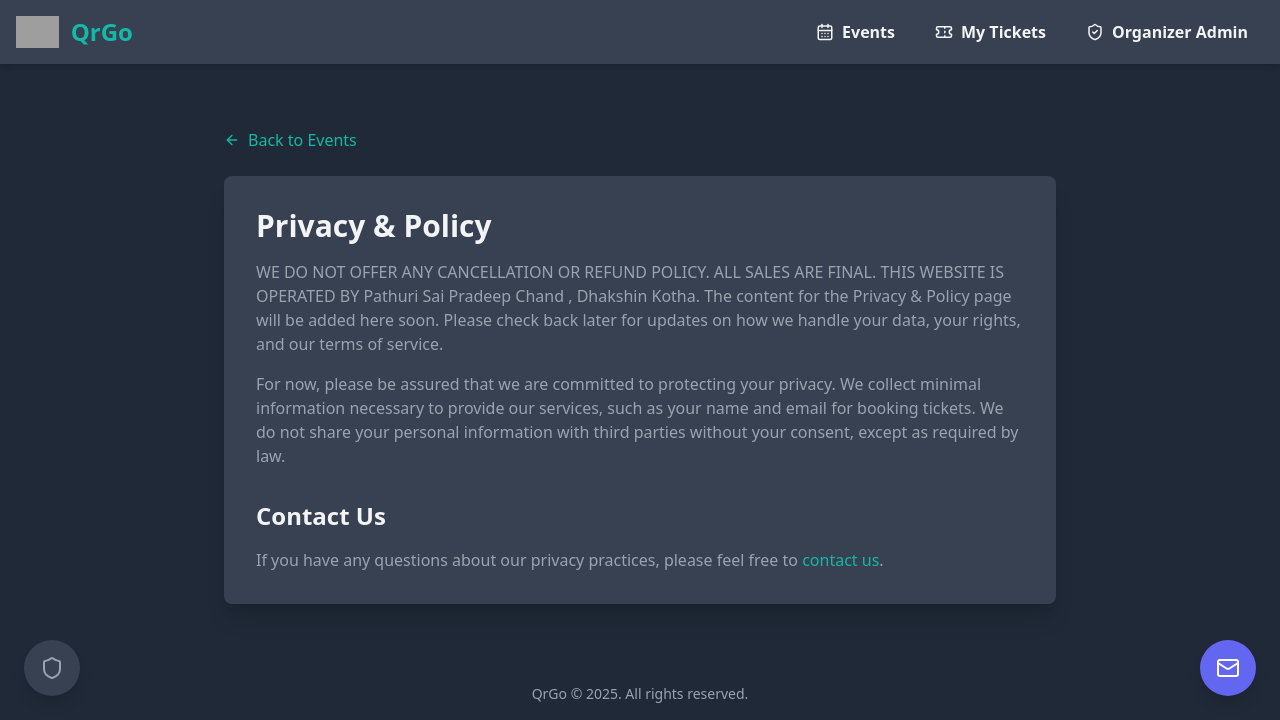
Repository: Dhakshin2007/QrGo
Page: /#/privacy-policy
An editor plug-in stored every save of this project. The page is shown before and after a run of saves, followed by the edit.
The browser window is 1280 px wide. The pictures show the whole page.
Pictures or frames that could not be fetched are drawn as grey boxes. Some web libraries are served in a nearby version. The project was rebuilt for these pictures with package versions that can differ from the ones it lists, and the page was loaded fresh each time. Also part of the build but not shown: vite.config.ts, components/EventCard.tsx, pages/HomePage.tsx, pages/BookingPage.tsx, components/TicketCard.tsx, pages/MyTicketsPage.tsx, services/aiService.ts, pages/AdminPage.tsx.

Above is the page before, as saved 2025-08-10 12:42:37.

### index.html
<!DOCTYPE html>
<html lang="en">
  <head>
    <meta name="description" content="Website Used to Host Events and Book Tickets and Inbuild scanning. If You want to Host an Event, Contact Us." />
<meta name="keywords" content="QrGo , QrGo Startup , Events IIT Ropar,Tickets , District , Paytm , Zomato , Ticket Booking , Event Hosting ,  Telugu Students IIT, IIT Ropar culture, IIT Ropar">
<meta name="author" content="Kotha Dhakshin">
<meta property="og:title" content="QrGo - Event Ticket Hosting Platform" />
<meta property="og:description" content="Official site for QrGo. Events, Bookings, and student details." />
<meta property="og:url" content="https://qrgo-weld.vercel.app/" />
<meta property="og:type" content="website" />
<meta property="og:image" content="#" />

  <meta charset="UTF-8" />
    <link rel="icon" type="image/png" href = "https://i.postimg.cc/qqd3M6cN/Google-AI-Studio-2025-08-09-T14-17-15-618-Z.png" />
    <meta name="viewport" content="width=device-width, initial-scale=1.0" />
    <title>QrGo</title>
    <script src="https://cdn.tailwindcss.com"></script>
    <script>
      tailwind.config = {
        theme: {
          extend: {
            colors: {
              'primary': '#14b8a6', // teal-500
              'primary-focus': '#0d9488', // teal-600
              'background': '#1f2937', // gray-800
              'surface': '#374151', // gray-700
              'on-surface': '#f3f4f6', // gray-200
              'on-surface-secondary': '#9ca3af', // gray-400
              'accent': '#6366f1', // indigo-500
            }
          }
        }
      }
    </script>
    <!-- html5-qrcode library -->
    <script src="https://unpkg.com/html5-qrcode" type="text/javascript"></script>
  <script type="importmap">
{
  "imports": {
    "react-router-dom": "https://esm.sh/react-router-dom@^7.8.0",
    "react-dom/": "https://esm.sh/react-dom@^19.1.1/",
    "react/": "https://esm.sh/react@^19.1.1/",
    "react": "https://esm.sh/react@^19.1.1",
    "lucide-react": "https://esm.sh/lucide-react@^0.539.0",
    "html5-qrcode": "https://esm.sh/html5-qrcode@^2.3.8",
    "qrcode": "https://esm.sh/qrcode@^1.5.4",
    "@supabase/supabase-js": "https://esm.sh/@supabase/supabase-js@2",
    "@google/genai": "https://esm.sh/@google/genai@^1.13.0"
  }
}
</script>
</head>
  <body class="bg-background text-on-surface">
    <div id="root"></div>
    <script type="module" src="/index.tsx"></script>
  </body>
</html>

### App.tsx


import React, { createContext, useContext, useState, useEffect, useCallback, ReactNode } from 'react';
import * as ReactRouterDOM from 'react-router-dom';
import HomePage from './pages/HomePage';
import BookingPage from './pages/BookingPage';
import MyTicketsPage from './pages/MyTicketsPage';
import AdminPage from './pages/AdminPage';
import PrivacyPolicyPage from './pages/PrivacyPolicyPage';
import Header from './components/Header';
import { ToastProvider } from './contexts/ToastContext';
import { AuthProvider } from './contexts/AuthContext';
import Toast from './components/Toast';
import { Mail, Shield } from 'lucide-react';
import { Event, EventStatus } from './types';
import { db } from './services/db';

// --- Event Context for Global State Management ---

interface EventContextType {
  events: Event[];
  isLoading: boolean;
  updateEventStatus: (eventId: string, newStatus: EventStatus) => void;
}

const EventContext = createContext<EventContextType | undefined>(undefined);

export const EventProvider: React.FC<{ children: ReactNode }> = ({ children }) => {
  const [events, setEvents] = useState<Event[]>([]);
  const [isLoading, setIsLoading] = useState(true);

  useEffect(() => {
    const fetchEvents = async () => {
      try {
        const initialEvents = await db.getEvents();
        setEvents(initialEvents);
      } catch (error) {
        console.error("Failed to fetch initial events:", error);
      } finally {
        setIsLoading(false);
      }
    };
    fetchEvents();
  }, []);

  const updateEventStatus = useCallback((eventId: string, newStatus: EventStatus) => {
    setEvents(currentEvents =>
      currentEvents.map(event =>
        event.id === eventId ? { ...event, status: newStatus } : event
      )
    );
  }, []);

  return (
    <EventContext.Provider value={{ events, isLoading, updateEventStatus }}>
      {children}
    </EventContext.Provider>
  );
};

export const useEvents = () => {
  const context = useContext(EventContext);
  if (!context) {
    throw new Error('useEvents must be used within an EventProvider');
  }
  return context;
};


// --- Main App Component ---

const App: React.FC = () => {
  return (
    <ToastProvider>
      <AuthProvider>
        <EventProvider>
          <ReactRouterDOM.HashRouter>
            <div className="min-h-screen flex flex-col bg-background">
              <Header />
              <main className="flex-grow container mx-auto px-4 py-8">
                <ReactRouterDOM.Routes>
                  <ReactRouterDOM.Route path="/" element={<HomePage />} />
                  <ReactRouterDOM.Route path="/book/:eventId" element={<BookingPage />} />
                  <ReactRouterDOM.Route path="/my-tickets" element={<MyTicketsPage />} />
                  <ReactRouterDOM.Route path="/admin" element={<AdminPage />} />
                  <ReactRouterDOM.Route path="/privacy-policy" element={<PrivacyPolicyPage />} />
                </ReactRouterDOM.Routes>
              </main>
              <footer className="text-center py-4 text-on-surface-secondary text-sm">
                <p>QrGo &copy; 2025. All rights reserved.</p>
              </footer>
               <ReactRouterDOM.Link
                to="/privacy-policy"
                className="fixed bottom-6 left-6 bg-surface text-on-surface-secondary p-4 rounded-full shadow-lg hover:bg-primary hover:text-white transition-colors flex items-center gap-2 z-50"
                title="Privacy & Policy"
                aria-label="Privacy and Policy"
              >
                <Shield size={24} />
              </ReactRouterDOM.Link>
              <a
                href="mailto:kothadhakshin123@gmail.com"
                className="fixed bottom-6 right-6 bg-accent text-white p-4 rounded-full shadow-lg hover:bg-indigo-600 transition-colors flex items-center gap-2 z-50"
                title="Contact Support"
                aria-label="Contact Support"
              >
                <Mail size={24} />
              </a>
            </div>
          </ReactRouterDOM.HashRouter>
          <Toast />
        </EventProvider>
      </AuthProvider>
    </ToastProvider>
  );
};

export default App;

### pages/PrivacyPolicyPage.tsx

import React from 'react';
import * as ReactRouterDOM from 'react-router-dom';
import { ArrowLeft } from 'lucide-react';

const PrivacyPolicyPage: React.FC = () => {
  return (
    <div className="max-w-4xl mx-auto animate-fade-in p-4 sm:p-6 lg:p-8">
      <ReactRouterDOM.Link to="/" className="flex items-center gap-2 mb-6 text-primary hover:underline">
          <ArrowLeft size={16} /> Back to Events
       </ReactRouterDOM.Link>
      <div className="bg-surface rounded-lg shadow-xl p-8">
        <h1 className="text-3xl font-bold mb-4 text-on-surface">Privacy & Policy</h1>
        <div className="space-y-4 text-on-surface-secondary">
          <p>
            WE DO NOT OFFER ANY CANCELLATION OR REFUND POLICY. ALL SALES ARE FINAL.
            THIS WEBSITE IS OPERATED BY Pathuri Sai Pradeep Chand , Dhakshin Kotha.
            The content for the Privacy & Policy page will be added here soon.
            Please check back later for updates on how we handle your data, your rights, and our terms of service.
          </p>
          <p>
            For now, please be assured that we are committed to protecting your privacy. We collect minimal information necessary to provide our services, such as your name and email for booking tickets.
            We do not share your personal information with third parties without your consent, except as required by law.
          </p>
          <h2 className="text-2xl font-semibold text-on-surface pt-4">Contact Us</h2>
          <p>
            If you have any questions about our privacy practices, please feel free to <a href="mailto:kothadhakshin123@gmail.com" className="text-primary hover:underline">contact us</a>.
          </p>
        </div>
      </div>
    </div>
  );
};

export default PrivacyPolicyPage;

### components/Header.tsx

import React from 'react';
import * as ReactRouterDOM from 'react-router-dom';
import { Ticket, ShieldCheck, CalendarDays, QrCode } from 'lucide-react';
import { LOGO_URL } from '../constants';

const Header: React.FC = () => {
  const activeLinkClass = "bg-primary text-white";
  const inactiveLinkClass = "text-on-surface hover:bg-surface";

  return (
    <header className="bg-surface shadow-md sticky top-0 z-50">
      <nav className="container mx-auto px-4 py-3 flex justify-between items-center">
        <ReactRouterDOM.Link to="/" className="flex items-center gap-3 text-2xl font-bold text-primary">
          {LOGO_URL ? (
            <img src={LOGO_URL} alt="QrGo Logo" className="h-8 w-auto" />
          ) : (
            <QrCode size={28} />
          )}
          <span>QrGo</span>
        </ReactRouterDOM.Link>
        <div className="flex items-center gap-2">
          <ReactRouterDOM.NavLink
            to="/"
            className={({ isActive }) => `${isActive ? activeLinkClass : inactiveLinkClass} px-4 py-2 rounded-md font-semibold transition-colors duration-200 flex items-center gap-2`}
          >
            <CalendarDays size={18}/> Events
          </ReactRouterDOM.NavLink>
          <ReactRouterDOM.NavLink
            to="/my-tickets"
            className={({ isActive }) => `${isActive ? activeLinkClass : inactiveLinkClass} px-4 py-2 rounded-md font-semibold transition-colors duration-200 flex items-center gap-2`}
          >
            <Ticket size={18}/> My Tickets
          </ReactRouterDOM.NavLink>
          <ReactRouterDOM.NavLink
            to="/admin"
            className={({ isActive }) => `${isActive ? activeLinkClass : inactiveLinkClass} px-4 py-2 rounded-md font-semibold transition-colors duration-200 flex items-center gap-2`}
          >
            <ShieldCheck size={18}/> Organizer Admin
          </ReactRouterDOM.NavLink>
        </div>
      </nav>
    </header>
  );
};

export default Header;

### contexts/ToastContext.tsx
import React, { createContext, useState, useContext, ReactNode, useCallback, useRef } from 'react';

type ToastType = 'success' | 'error' | 'info';

interface ToastState {
  message: string;
  type: ToastType;
  isVisible: boolean;
}

interface ToastContextType {
  showToast: (message: string, type: ToastType) => void;
  toastConfig: ToastState | null;
}

const ToastContext = createContext<ToastContextType | undefined>(undefined);

export const ToastProvider: React.FC<{ children: ReactNode }> = ({ children }) => {
  const [toastConfig, setToastConfig] = useState<ToastState | null>(null);
  const timeoutIdRef = useRef<number | null>(null);

  const showToast = useCallback((message: string, type: ToastType) => {
    if (timeoutIdRef.current) {
      clearTimeout(timeoutIdRef.current);
    }
    setToastConfig({ message, type, isVisible: true });

    timeoutIdRef.current = window.setTimeout(() => {
      setToastConfig(prev => prev ? { ...prev, isVisible: false } : null);
      timeoutIdRef.current = null;
    }, 4000);
  }, []);


  return (
    <ToastContext.Provider value={{ showToast, toastConfig }}>
      {children}
    </ToastContext.Provider>
  );
};

export const useToast = () => {
  const context = useContext(ToastContext);
  if (context === undefined) {
    throw new Error('useToast must be used within a ToastProvider');
  }
  return context;
};

### contexts/AuthContext.tsx
import React, { createContext, useState, useContext, ReactNode, useCallback } from 'react';
import { Organizer } from '../types';

interface AuthState {
  isUserLoggedIn: boolean;
  userEmail: string | null;
  userPin: string | null;
  loggedInOrganizer: Organizer | null;
  loginUser: (email: string, pin: string) => void;
  logoutUser: () => void;
  loginOrganizer: (username: string, secretId: string) => boolean;
  logoutOrganizer: () => void;
}

const AuthContext = createContext<AuthState | undefined>(undefined);

export const AuthProvider: React.FC<{ children: ReactNode }> = ({ children }) => {
  const [isUserLoggedIn, setIsUserLoggedIn] = useState(false);
  const [userEmail, setUserEmail] = useState<string | null>(null);
  const [userPin, setUserPin] = useState<string | null>(null);
  const [loggedInOrganizer, setLoggedInOrganizer] = useState<Organizer | null>(null);

  const loginUser = (email: string, pin:string) => {
    setUserEmail(email.toLowerCase());
    setUserPin(pin);
    setIsUserLoggedIn(true);
  };

  const logoutUser = () => {
    setIsUserLoggedIn(false);
    setUserEmail(null);
    setUserPin(null);
  };

  const loginOrganizer = useCallback((username: string, secretId: string): boolean => {
    // --- Security Note ---
    // In a real production application, this organizer data should NOT be hardcoded here.
    // It should be loaded securely, for example, from environment variables on a server
    // or from a secure configuration service. This prevents sensitive credentials from
    // being exposed in the client-side code.
    // Example for a Node.js environment:
    // const ORGANIZERS = JSON.parse(process.env.ORGANIZERS_JSON || '[]');
    const ORGANIZERS: Organizer[] = [
      { id: 'super-admin', username: 'Dhakshin', secretId: 'Dk07' },
      { id: 'org-1', username: 'TCA', secretId: 'tca@2334' },
      // { id: 'org-2', username: 'TechCon', secretId: 'techcon-secret' }
    ];

    const organizer = ORGANIZERS.find(
        org => org.username.toLowerCase() === username.toLowerCase() && org.secretId === secretId
    );
    if (organizer) {
        setLoggedInOrganizer(organizer);
        return true;
    }
    return false;
  }, []);

  const logoutOrganizer = () => {
      setLoggedInOrganizer(null);
  };

  return (
    <AuthContext.Provider value={{ isUserLoggedIn, userEmail, userPin, loggedInOrganizer, loginUser, logoutUser, loginOrganizer, logoutOrganizer }}>
      {children}
    </AuthContext.Provider>
  );
};

export const useAuth = () => {
  const context = useContext(AuthContext);
  if (context === undefined) {
    throw new Error('useAuth must be used within an AuthProvider');
  }
  return context;
};

### components/Toast.tsx
import React from 'react';
import { useToast } from '../contexts/ToastContext';
import { CheckCircle, XCircle, Info } from 'lucide-react';

const icons = {
  success: <CheckCircle className="text-green-400" size={24} />,
  error: <XCircle className="text-red-400" size={24} />,
  info: <Info className="text-blue-400" size={24} />,
};

const bgColors = {
  success: 'bg-green-500/20 border-green-500',
  error: 'bg-red-500/20 border-red-500',
  info: 'bg-blue-500/20 border-blue-500',
};

const Toast: React.FC = () => {
  const { toastConfig } = useToast();

  if (!toastConfig) {
    return null;
  }

  const { message, type, isVisible } = toastConfig;

  return (
    <div
      aria-live="assertive"
      className={`fixed bottom-5 right-5 z-50 transition-all duration-300 ease-in-out ${isVisible ? 'opacity-100 translate-y-0' : 'opacity-0 translate-y-4'}`}
    >
      <div className={`flex items-center gap-4 p-4 rounded-lg shadow-lg border-l-4 text-on-surface bg-surface ${bgColors[type]}`}>
        <div>{icons[type]}</div>
        <p className="font-semibold">{message}</p>
      </div>
    </div>
  );
};

export default Toast;

### types.ts

export type Organizer = {
  id: string;
  username: string;
  secretId: string;
};

export enum BookingStatus {
  Pending = 'Pending',
  Confirmed = 'Confirmed',
  Rejected = 'Rejected',
}

export enum EventStatus {
  Upcoming = 'Upcoming',
  Ongoing = 'Ongoing',
}

export type Event = {
  id: string;
  organizerId: string;
  name: string;
  date: string;
  venue: string;
  description: string;
  image: string;
  status: EventStatus;
  requiresEntryNumber?: boolean;
  upiId?: string;
  upiLink?: string;
  qrCodeImage?: string;
};

export type Booking = {
  id: string;
  eventId: string;
  userName: string;
  userEmail: string;
  userPhone: string;
  entryNumber: string | null;
  transactionId: string | null;
  paymentProof: string | null; // Public URL to the image in Supabase Storage
  pin: string; // Should be hashed on a real backend
  status: BookingStatus;
  checkedIn: boolean;
  createdAt: string;
};

### services/supabaseClient.ts
import { createClient } from '@supabase/supabase-js';
import { BookingStatus } from '../types';

// --- Supabase Client Initialization ---

// #############################################################################
// #  IMPORTANT: FIX FOR "INVALID API KEY" / "401 UNAUTHORIZED" ERROR          #
// #############################################################################
// # The API key below is a DUMMY key. You MUST replace it with your own.      #
// # 1. Go to your Supabase project dashboard.                                 #
// # 2. Go to Project Settings > API.                                          #
// # 3. Copy the `anon` `public` key.                                          #
// # 4. Paste it here to replace the DUMMY key.                                #
// #############################################################################
const supabaseUrl = 'https://hkniptskidhgpavyejwz.supabase.co';
// This is a valid-looking dummy key to prevent startup crashes. It will not work for API calls.
const supabaseKey = 'sb_publishable_tQDQrjVzkEe6GwUMwAzoYA_YMzWUTT5';

if (supabaseUrl.includes('your-project-url') || supabaseKey.includes('PASTE_YOUR_REAL')) {
    // This will crash the app and show a clear error in the developer console,
    // preventing the app from running in a broken state.
    throw new Error("Supabase credentials are not set! Please update services/supabaseClient.ts with your project's URL and anon key. You can get these from your Supabase project's API settings.");
}


// Define database types for TypeScript support
// The database schema uses quoted identifiers (e.g., "eventId") to match the camelCase used in the application.
export type DbBooking = {
  id: string;
  eventId: string;
  userName: string;
  userEmail: string;
  userPhone: string;
  transactionId: string | null;
  paymentProof: string | null;
  pin: string;
  status: BookingStatus;
  checkedIn: boolean;
  createdAt: string;
};

// This type defines the shape of the data that can be inserted into the 'bookings' table.
export type DbBookingInsert = {
    id: string;
    eventId: string;
    userName: string;
    userEmail: string;
    userPhone: string;
    transactionId: string | null;
    paymentProof: string | null;
    pin: string;
    status: BookingStatus;
    checkedIn: boolean;
    createdAt: string;
};

// This explicit type for updates avoids nested generics which can cause TS errors.
export type DbBookingUpdate = {
    eventId?: string;
    userName?: string;
    userEmail?: string;
    userPhone?: string;
    transactionId?: string | null;
    paymentProof?: string | null;
    pin?: string;
    status?: BookingStatus;
    checkedIn?: boolean;
    createdAt?: string;
}

// New types for the `free_bookings` table
export type DbFreeBooking = {
  id: string;
  eventId: string;
  userName: string;
  userEmail: string;
  userPhone: string;
  entryNumber: string | null;
  pin: string;
  status: BookingStatus;
  checkedIn: boolean;
  createdAt: string;
};

export type DbFreeBookingInsert = {
    id: string;
    eventId: string;
    userName: string;
    userEmail: string;
    userPhone: string;
    entryNumber: string | null;
    pin: string;
    status: BookingStatus;
    checkedIn: boolean;
    createdAt: string;
};

export type DbFreeBookingUpdate = {
    eventId?: string;
    userName?: string;
    userEmail?: string;
    userPhone?: string;
    entryNumber?: string | null;
    pin?: string;
    status?: BookingStatus;
    checkedIn?: boolean;
    createdAt?: string;
};


export interface Database {
  public: {
    Tables: {
      bookings: {
        Row: DbBooking;
        Insert: DbBookingInsert;
        Update: DbBookingUpdate;
      };
      free_bookings: {
        Row: DbFreeBooking;
        Insert: DbFreeBookingInsert;
        Update: DbFreeBookingUpdate;
      };
    };
  };
}


export const supabase = createClient<Database>(supabaseUrl, supabaseKey);

Loaded but not shown: index.tsx (common file); services/db.ts (339 lines, source omitted); constants.ts (92 lines, source omitted)

After the next 4 saves:
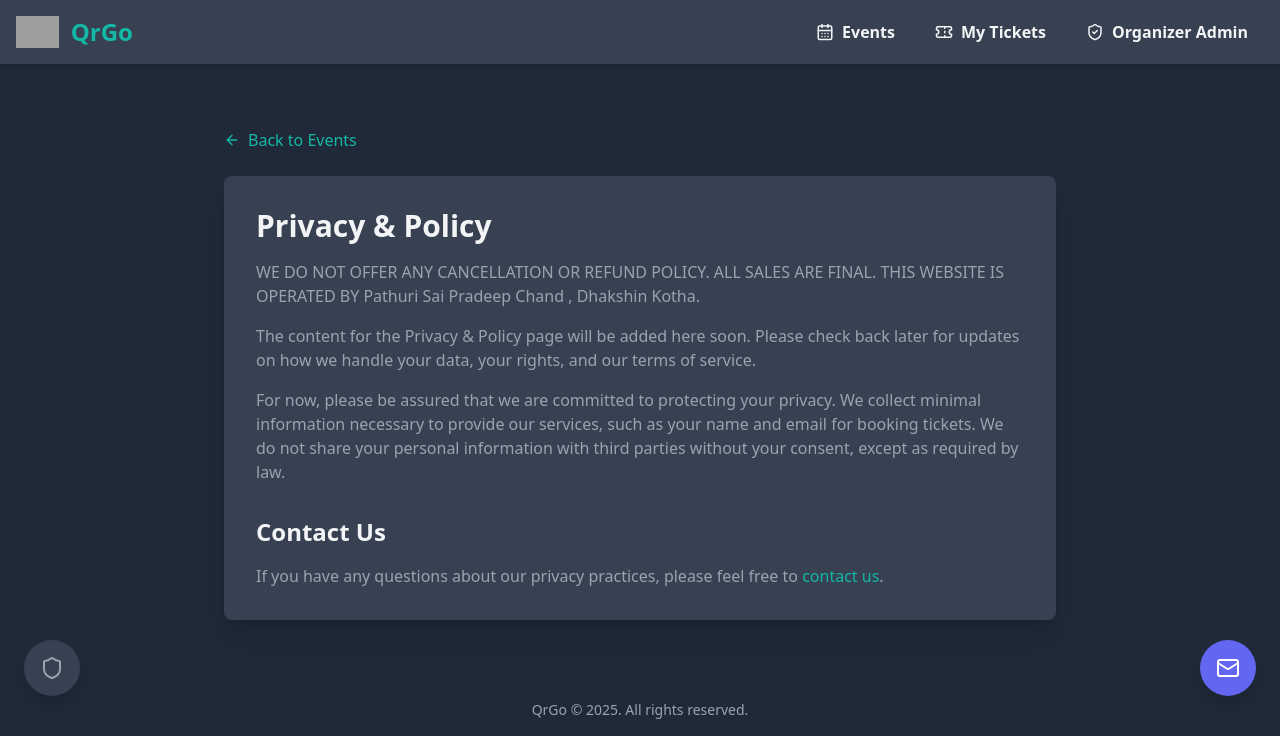
The 4 saves are shown as one change because they came seconds apart.
The last was saved 25 s later.
--- a/pages/PrivacyPolicyPage.tsx
+++ b/pages/PrivacyPolicyPage.tsx
@@ -15,6 +15,8 @@ const PrivacyPolicyPage: React.FC = () => {
           <p>
             WE DO NOT OFFER ANY CANCELLATION OR REFUND POLICY. ALL SALES ARE FINAL.
             THIS WEBSITE IS OPERATED BY Pathuri Sai Pradeep Chand , Dhakshin Kotha.
+            </p>
+            <p>
             The content for the Privacy & Policy page will be added here soon.
             Please check back later for updates on how we handle your data, your rights, and our terms of service.
           </p>
